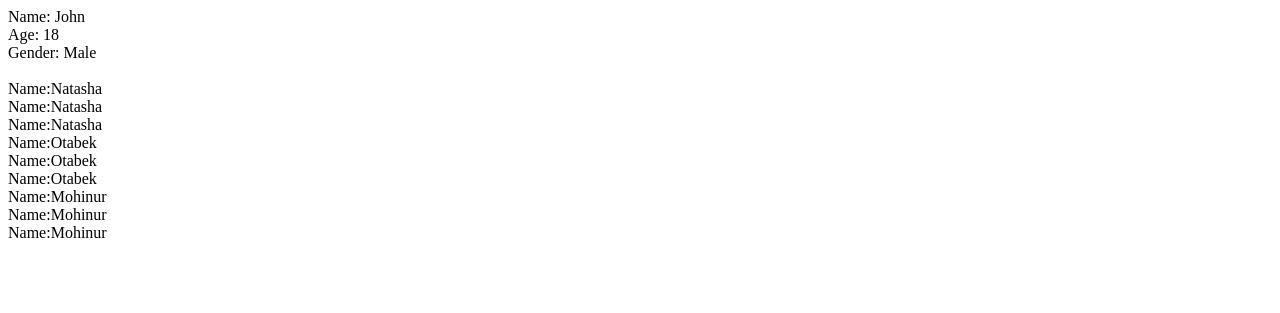
Repository: OtabekScarcro/advance-java
Page: http://localhost/Sample_Xml_file/JSTLDemo.jsp
The author's editor kept a copy of each file at every save. The page is drawn from the files as they stood at one save, then again after the next save.
The browser window is 1280 px wide. The pictures show the whole page.
The page is served by Tomcat 9.

Above is the page before, as saved 2023-03-29 12:16:23.

### Sample Xml file/src/main/webapp/JSTLDemo.jsp
<%@ page language="java" contentType="text/html; charset=ISO-8859-1"
    pageEncoding="ISO-8859-1"%>
	<%@ taglib prefix = "c" uri = "http://java.sun.com/jsp/jstl/core" %>
	<%@ taglib prefix = "x" uri = "http://java.sun.com/jsp/jstl/xml" %>
	<%@ taglib prefix = "fn" uri = "http://java.sun.com/jsp/jstl/functions" %>
<!DOCTYPE html>
<html>
<head>
<meta charset="ISO-8859-1">
<title>JSTL Demo</title>
</head>
<body>
	<c:import url="/Users.xml" var="XMLFile"/>
	<x:parse xml="${XMLFile}" var="XMLdoc"/>

	Name: <x:out select="$XMLdoc/users/user[1]/name" /><br/>
	Age: <x:out select="$XMLdoc/users/user[1]/age" /><br/>
	Gender: <x:out select="$XMLdoc/users/user[1]/gender" /><br/>

	<x:forEach select="$XMLdoc/users/user">
		<x:if select="age>20">
			<br/> Name:<x:out select="name"/>
			<br/> Name:<x:out select="name"/>
			<br/> Name:<x:out select="name"/>
		</x:if>
	</x:forEach>


</body>
</html>

### Sample Xml file/src/main/webapp/Users.xml
<?xml version="1.0" encoding="UTF-8"?>
<users>
	<user>
		<name>John</name>
		<gender>Male</gender>
		<age>18</age>
	</user>
	<user>
		<name>Natasha</name>
		<gender>Female</gender>
		<age>23</age>
	</user>
	<user>
		<name>Otabek</name>
		<gender>Male</gender>
		<age>21</age>
	</user>
	<user>
		<name>Mohinur</name>
		<gender>Female</gender>
		<age>30</age>
	</user>
</users>

After the next save:
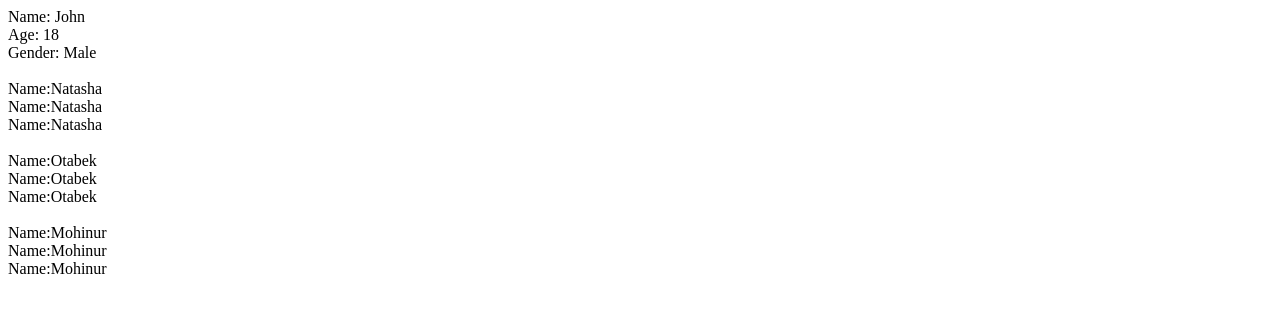
Saved 7 s later.
--- a/Sample Xml file/src/main/webapp/JSTLDemo.jsp
+++ b/Sample Xml file/src/main/webapp/JSTLDemo.jsp
@@ -22,6 +22,7 @@
 			<br/> Name:<x:out select="name"/>
 			<br/> Name:<x:out select="name"/>
 			<br/> Name:<x:out select="name"/>
+			<br/>
 		</x:if>
 	</x:forEach>
 
